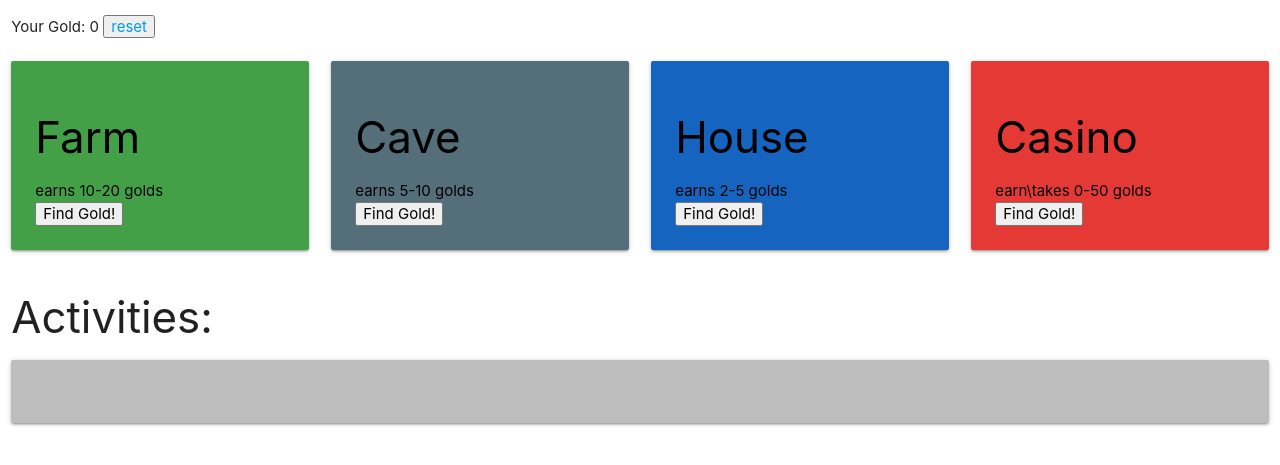
Repository: bvnger/Ninja_gold_flask
Page: http://localhost/
The author's editor kept a copy of each file at every save. The page is drawn from the files as they stood at one save, then again after the next save.
The browser window is 1280 px wide. The pictures show the whole page.
The page is served by the project's application, run on Flask 3 (server.py).

Above is the page before, as saved 2019-11-04 14:31:16.

After the next save:
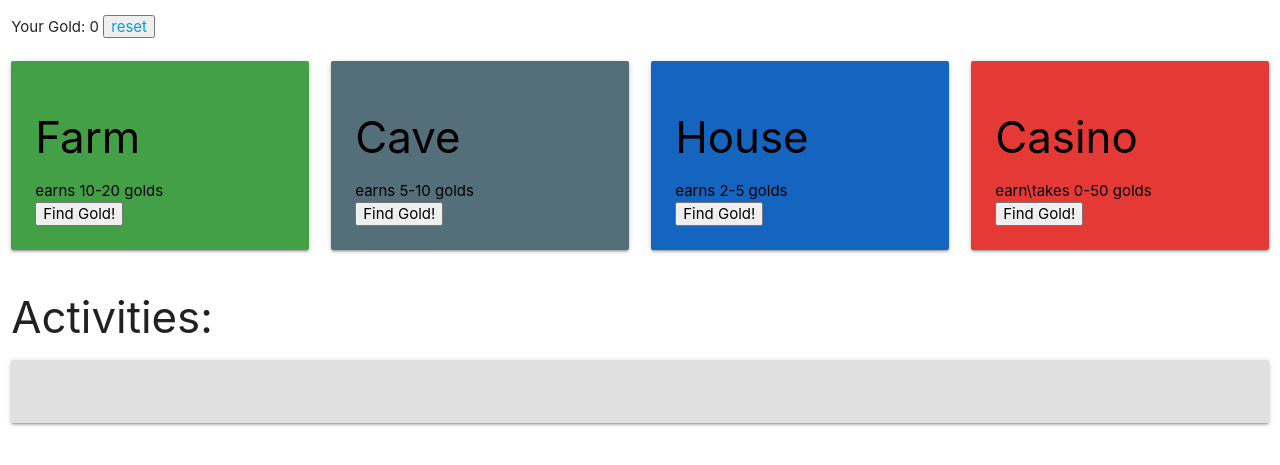
Saved 5 s later.
--- a/templates/index.html
+++ b/templates/index.html
@@ -68,7 +68,7 @@
         <div class ="bot">
             <table>
             <h3>Activities:</h3>
-            <div class="card grey lighten-1">
+            <div class="card grey lighten-2">
             <div class ="card-content black-text">
             <ul class="bottom" name ="activities" value="log" class="activities">
                 {% for activity in session.activities %}
